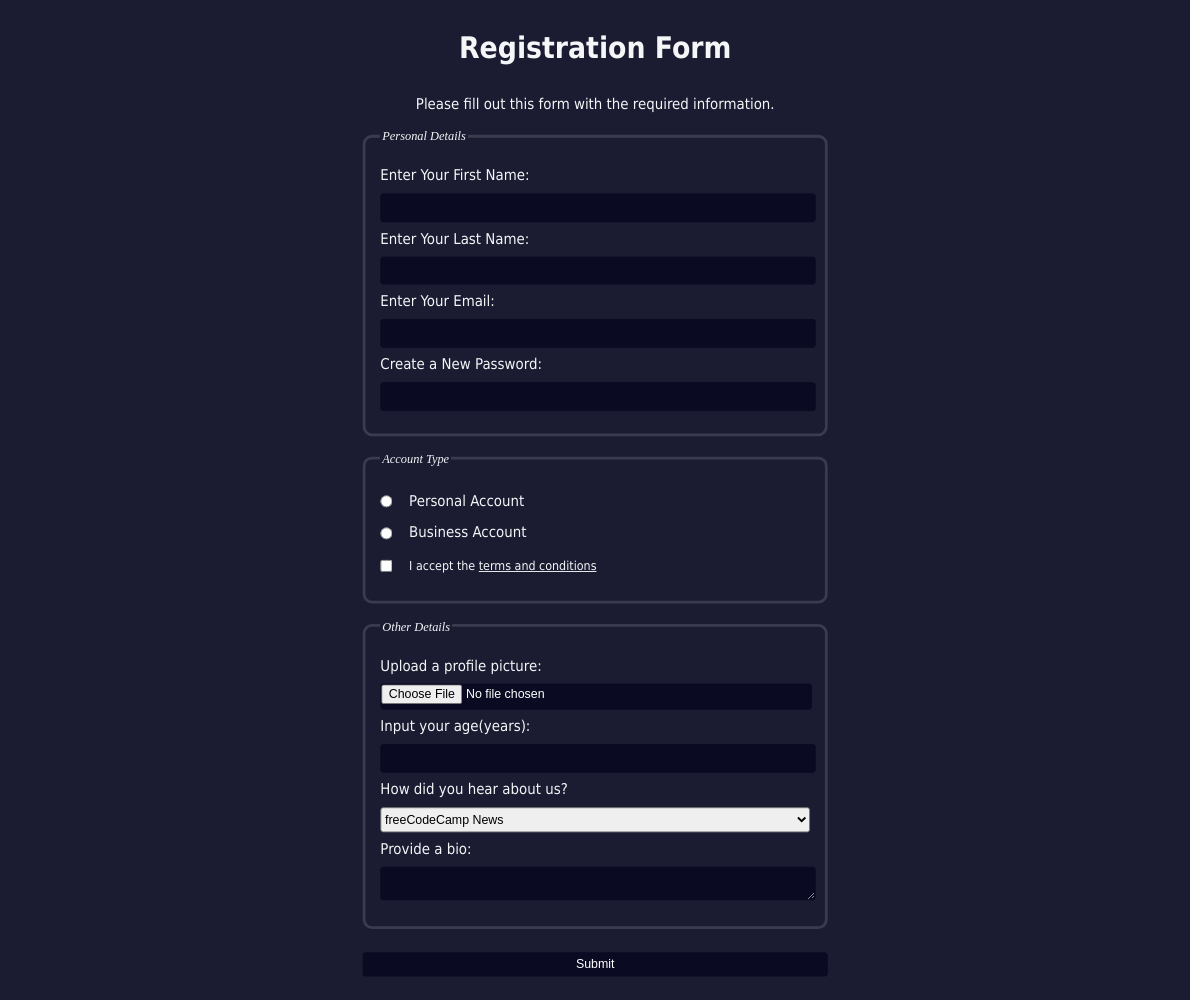
Repository: Lungdjos/registration_form
Page: index.html
An editor plug-in stored every save of this project. The page is shown before and after the next save, followed by the edit.
The browser window is 1280 px wide. The pictures show the whole page, at 93% of full size.

Above is the page before, as saved 2023-09-29 10:54:26.

After the next save:
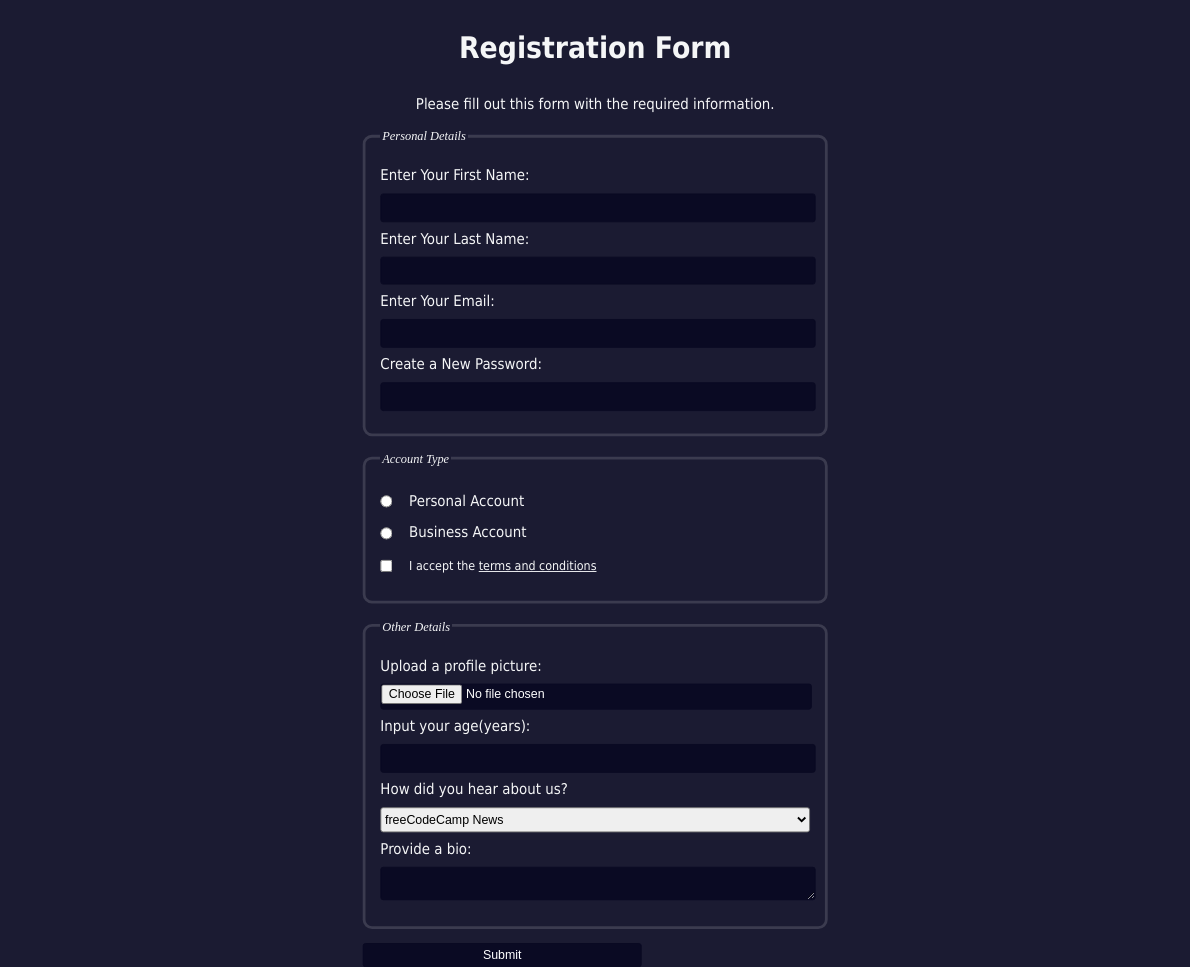
Saved 10 min 38 s later.
--- a/indexStyles.css
+++ b/indexStyles.css
@@ -87,3 +87,8 @@ form {
     background-color: blanchedalmond;
     color: #0a0a23;
 }
+
+input[name="submit"] {
+    display: block;
+    width: 60%;
+}
